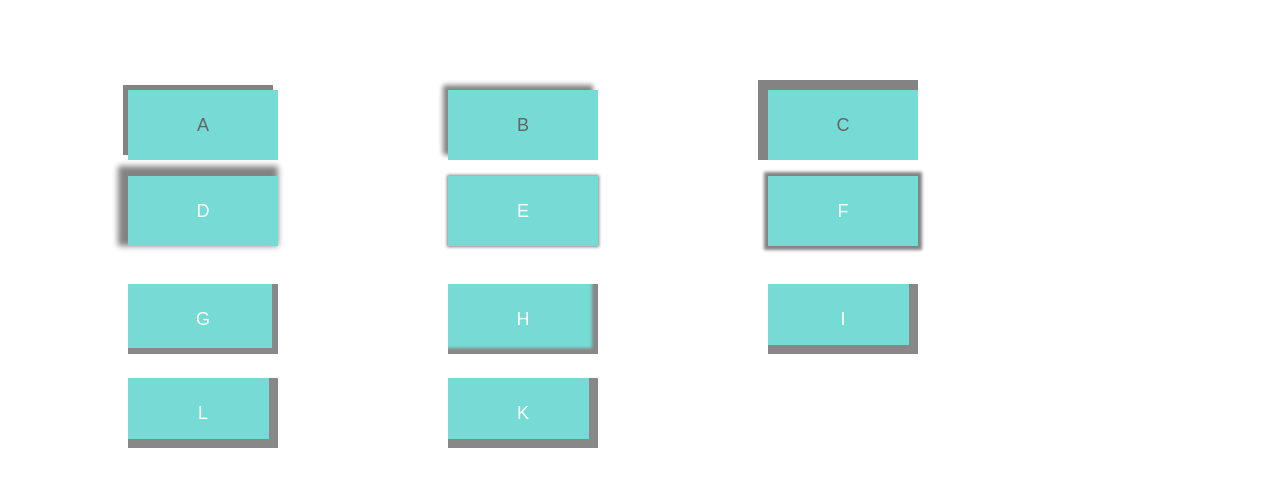
Repository: ThePerez/ArgProg
Page: Practicas ArgProg/Practica 3/Ejercicio 8/index.html
The author's editor kept a copy of each file at every save. The page is drawn from the files as they stood at one save, then again after a run of saves.
The browser window is 1280 px wide. The pictures show the whole page.

Above is the page before, as saved 2023-03-20 18:22:45.

### Practicas ArgProg/Practica 3/Ejercicio 8/index.html
<!DOCTYPE html>
<html lang="en">
<head>
     <meta charset="UTF-8">
     <meta http-equiv="X-UA-Compatible" content="IE=edge">
     <meta name="viewport" content="width=device-width, initial-scale=1.0">
     <title>Ejercicio 8</title>
     <link rel="stylesheet" href="styles.css">
</head>
<body>
     <p class="a">A</p>
     <p class="b">B</p>
     <p class="c">C</p>
     <p class="d">D</p>
     <p class="e">E</p>
     <p class="f">F</p>

     <p class="g">G</p>
     <p class="h">H</p>
     <p class="i">I</p>
     <p class="j">J</p>
     <p class="k">K</p>
     <p class="l">L</p>
</body>
</html>

### Practicas ArgProg/Practica 3/Ejercicio 8/styles.css
.a {
     font-family: sans-serif;
     font-family: Century Gothic, CenturyGothic, AppleGothic, sans-serif;
     color: #646464;
     font-size: 18px;
     background: rgb(118, 218, 213);
     box-shadow: -5px -5px 0px   #838383;
     width: 150px;
     height: 70px;
     position: absolute;
     top: 10%;
     left: 10%;
     display: flex;
     justify-content: center;
     align-items: center;
}

.b {
     font-family: sans-serif;
     font-family: Century Gothic, CenturyGothic, AppleGothic, sans-serif;
     color: #646464;
     font-size: 18px;
     background: rgb(118, 218, 213);
     box-shadow: -5px -5px 5px   #838383;
     width: 150px;
     height: 70px;
     position: absolute;
     top: 10%;
     left: 35%;
     display: flex;
     justify-content: center;
     align-items: center;
}

.c {
     font-family: sans-serif;
     font-family: Century Gothic, CenturyGothic, AppleGothic, sans-serif;
     color: #646464;
     font-size: 18px;
     background: rgb(118, 218, 213);
     box-shadow: -5px -5px 0px 5px #838383;
     width: 150px;
     height: 70px;
     position: absolute;
     top: 10%;
     left: 60%;
     display: flex;
     justify-content: center;
     align-items: center;
}

.d {
     font-family: sans-serif;
     font-family: Century Gothic, CenturyGothic, AppleGothic, sans-serif;
     color: #ffffff;
     font-size: 18px;
     background: rgb(118, 218, 213);
     box-shadow: -5px -5px 6px 5px #838383;
     width: 150px;
     height: 70px;
     position: absolute;
     top: 22%;
     left: 10%;
     display: flex;
     justify-content: center;
     align-items: center;
}

.e {
     font-family: sans-serif;
     font-family: Century Gothic, CenturyGothic, AppleGothic, sans-serif;
     color: #ffffff;
     font-size: 18px;
     background: rgb(118, 218, 213);
     box-shadow: 0px 0px 3px 1px #838383;
     width: 150px;
     height: 70px;
     position: absolute;
     top: 22%;
     left: 35%;
     display: flex;
     justify-content: center;
     align-items: center;
}

.f {
     font-family: sans-serif;
     font-family: Century Gothic, CenturyGothic, AppleGothic, sans-serif;
     color: #ffffff;
     font-size: 18px;
     background: rgb(118, 218, 213);
     box-shadow: 0px 0px 3px 4px #838383;
     width: 150px;
     height: 70px;
     position: absolute;
     top: 22%;
     left: 60%;
     display: flex;
     justify-content: center;
     align-items: center;
}

.g {
     font-family: sans-serif;
     font-family: Century Gothic, CenturyGothic, AppleGothic, sans-serif;
     color: #ffffff;
     font-size: 18px;
     background: rgb(118, 218, 213);
     box-shadow: inset -5px -5px 0px 1px #888;
     width: 150px;
     height: 70px;
     position: absolute;
     top: 37%;
     left: 10%;
     display: flex;
     justify-content: center;
     align-items: center;
}

.h {
     font-family: sans-serif;
     font-family: Century Gothic, CenturyGothic, AppleGothic, sans-serif;
     color: #ffffff;
     font-size: 18px;
     background: rgb(118, 218, 213);
     box-shadow: inset -5px -5px 3px 1px #888;;
     width: 150px;
     height: 70px;
     position: absolute;
     top: 37%;
     left: 35%;
     display: flex;
     justify-content: center;
     align-items: center;
}

.i {
     font-family: sans-serif;
     font-family: Century Gothic, CenturyGothic, AppleGothic, sans-serif;
     color: #ffffff;
     font-size: 18px;
     background: rgb(118, 218, 213);
     box-shadow: inset -5px -5px 0px 4px #888;;
     width: 150px;
     height: 70px;
     position: absolute;
     top: 37%;
     left: 60%;
     display: flex;
     justify-content: center;
     align-items: center;
}

.j {
     font-family: sans-serif;
     font-family: Century Gothic, CenturyGothic, AppleGothic, sans-serif;
     color: #ffffff;
     font-size: 18px;
     background: rgb(118, 218, 213);
     box-shadow: inset -5px -5px 0px 4px #888;;
     width: 150px;
     height: 70px;
     position: absolute;
     top: 50%;
     left: 10%;
     display: flex;
     justify-content: center;
     align-items: center;
}

.k {
     font-family: sans-serif;
     font-family: Century Gothic, CenturyGothic, AppleGothic, sans-serif;
     color: #ffffff;
     font-size: 18px;
     background: rgb(118, 218, 213);
     box-shadow: inset -5px -5px 0px 4px #888;;
     width: 150px;
     height: 70px;
     position: absolute;
     top: 50%;
     left: 35%;
     display: flex;
     justify-content: center;
     align-items: center;
}

.l {
     font-family: sans-serif;
     font-family: Century Gothic, CenturyGothic, AppleGothic, sans-serif;
     color: #ffffff;
     font-size: 18px;
     background: rgb(118, 218, 213);
     box-shadow: inset -5px -5px 0px 4px #888;;
     width: 150px;
     height: 70px;
     position: absolute;
     top: 50%;
     left: 10%;
     display: flex;
     justify-content: center;
     align-items: center;
}

After the next 2 saves:
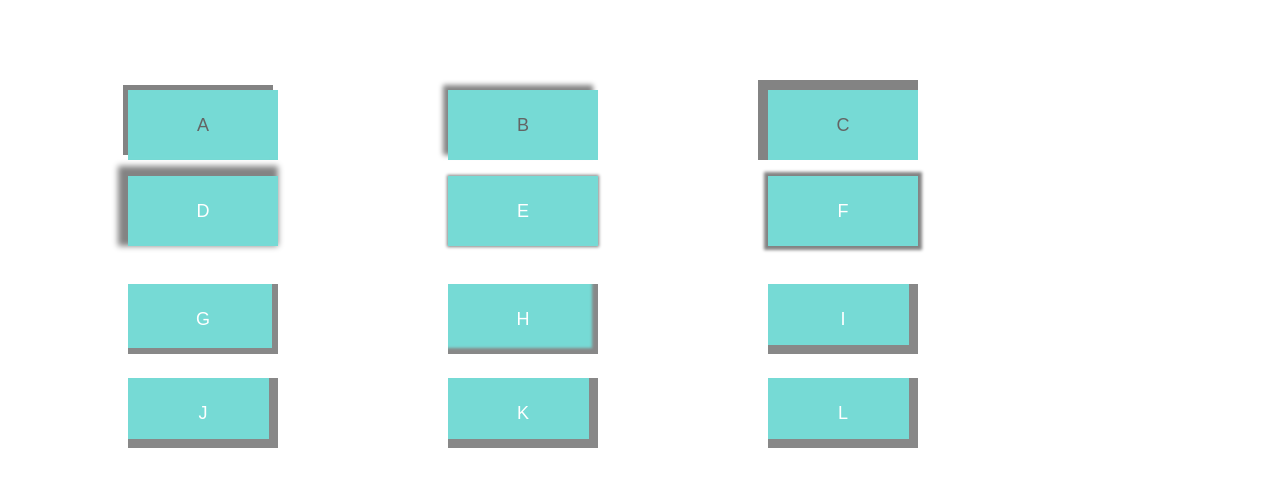
The 2 saves are shown as one change because they came seconds apart.
The last was saved 5 s later.
--- a/Practicas ArgProg/Practica 3/Ejercicio 8/styles.css
+++ b/Practicas ArgProg/Practica 3/Ejercicio 8/styles.css
@@ -196,8 +196,8 @@
      height: 70px;
      position: absolute;
      top: 50%;
-     left: 10%;
-     display: flex;
-     justify-content: center;
-     align-items: center;
-}
+     left: 60%;
+     display: flex;
+     justify-content: center;
+     align-items: center;
+}
